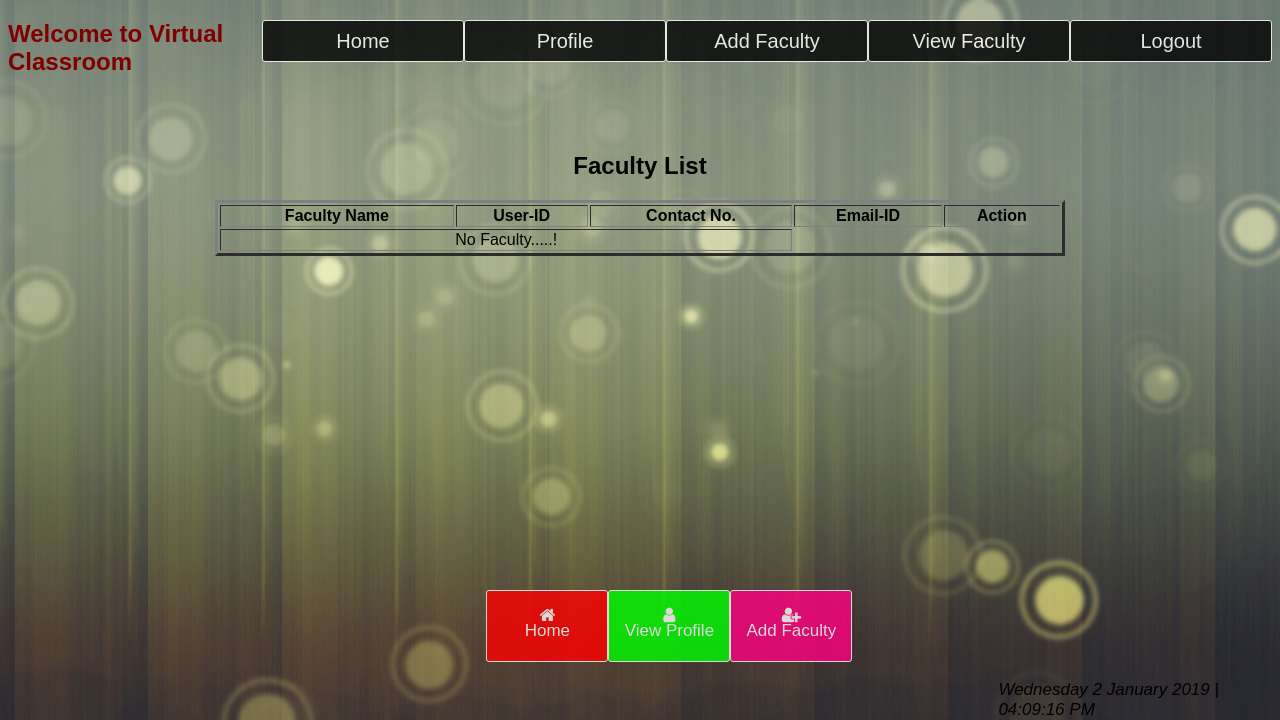
Repository: Rajendra1998/Virtual_classroom_mvc_project
Page: http://localhost/Virtual_classroom/display_faculty.jsp
These files come from the project's save history. The page is drawn as it stood at one moment and after the next save; the edit follows.
The browser window is 1280 px wide. The pictures show the whole page.
The page is served by Tomcat 9. The template is opened directly, without the code that normally fills it, so the values that code supplies are empty.

Above is the page before, as saved 2019-01-09 20:23:00.

After the next save:
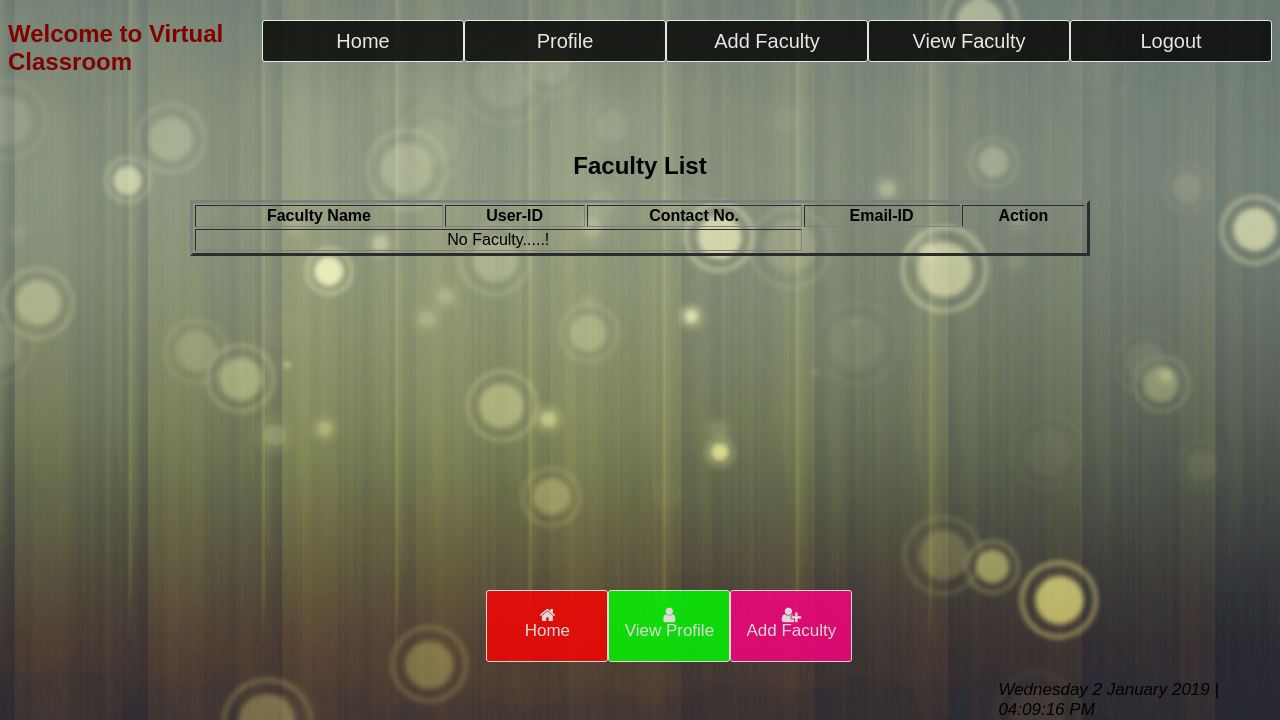
Saved 34 s later.
--- a/Virtual_classroom/WebContent/display_faculty.jsp
+++ b/Virtual_classroom/WebContent/display_faculty.jsp
@@ -178,7 +178,7 @@
 	<center>
      <div class="panel">
             <h2>Faculty List</h2>
-            <table class="bordered_table" align=center border="3" width="850px" >
+            <table class="bordered_table" align=center border="3" width="900px" >
                <thead>
                   <tr align="center"><th>Faculty Name</th><th>User-ID</th><th>Contact No.</th><th>Email-ID</th><th colspan=2>Action</th></tr>
                </thead>
